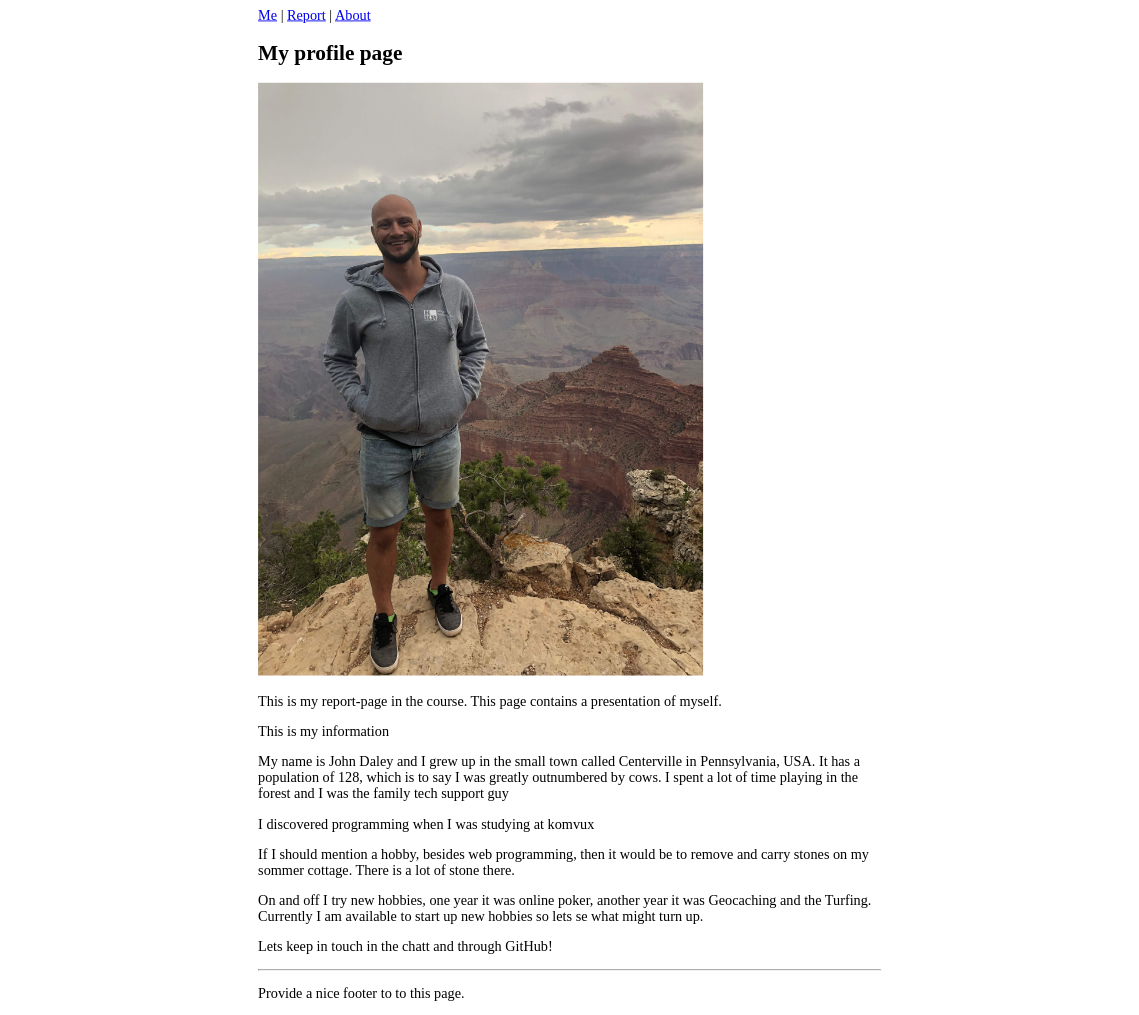
Repository: Webbprogrammering/websoft
Page: work/report/me.html
An editor plug-in stored every save of this project. The page is shown before and after the next save, followed by the edit.
The browser window is 1280 px wide. The pictures show the whole page, at 89% of full size.

Above is the page before, as saved 2020-01-22 13:15:51.

After the next save:
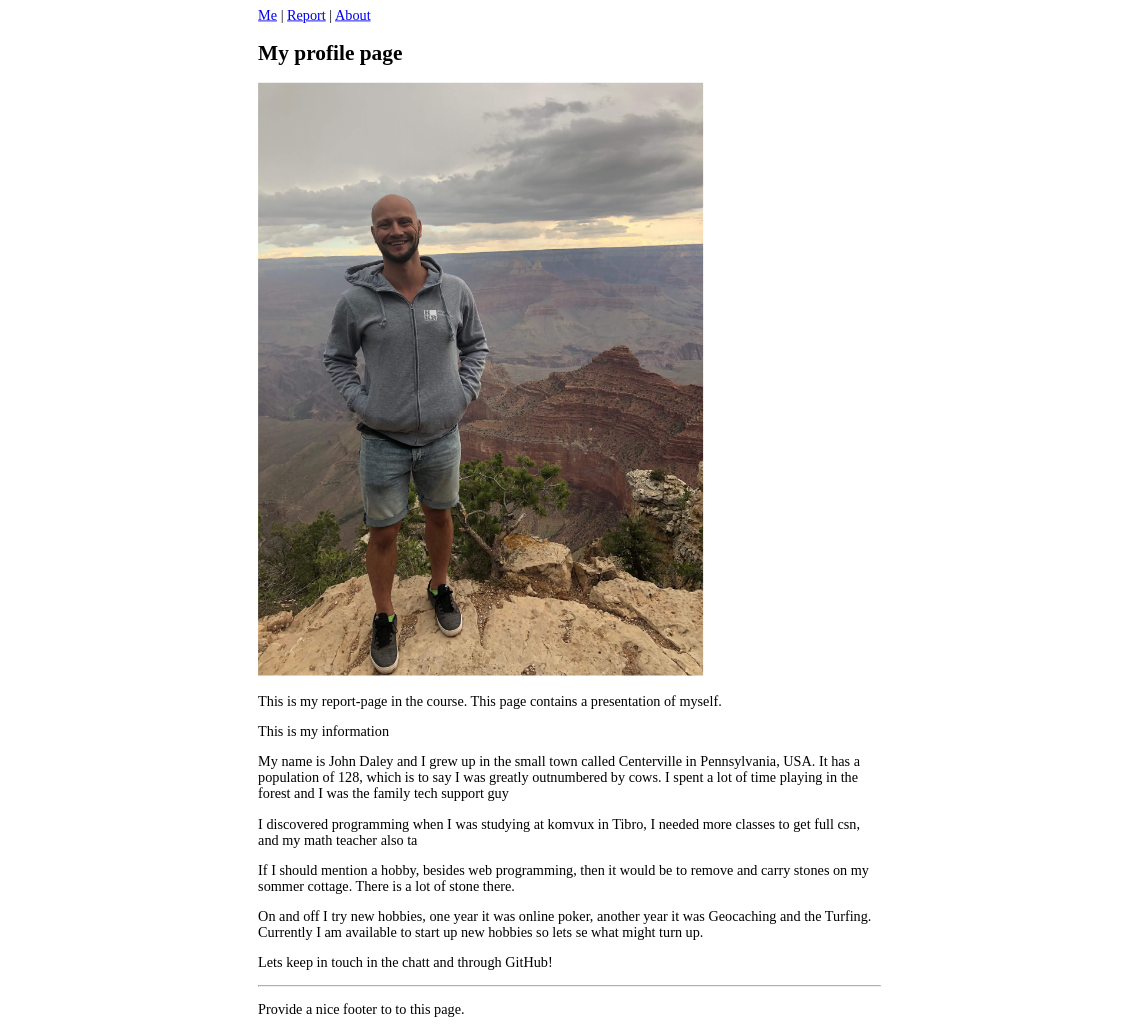
Saved 24 s later.
--- a/work/report/me.html
+++ b/work/report/me.html
@@ -39,7 +39,7 @@ Comments are written as HTML style.
     I spent a lot of time playing in the forest and I was the family tech support guy
 </p>
 
-<p>I discovered programming when I was studying at komvux</p>
+<p>I discovered programming when I was studying at komvux in Tibro, I needed more classes to get full csn, and my math teacher also ta</p>
 
 <p>If I should mention a hobby, besides web programming, then it would be to remove and carry stones on my sommer cottage. There is a lot of stone there.</p>
 
